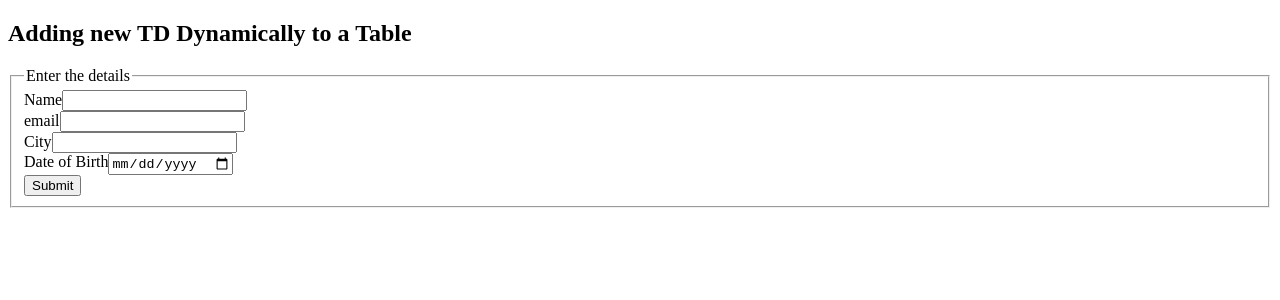
Repository: ishanbassi/iotasol-assignments
Page: /iotasol/work-6
An editor plug-in stored every save of this project. The page is shown before and after the next save, followed by the edit.
The browser window is 1280 px wide. The pictures show the whole page.
The project was rebuilt for these pictures with package versions that can differ from the ones it lists, and the page was loaded fresh each time. The framework's server and built-in components were replaced by stand-ins that run in the browser. Also part of the build but not shown: styles/global.css.

Above is the page before, as saved 2022-11-08 17:25:44.

After the next save:
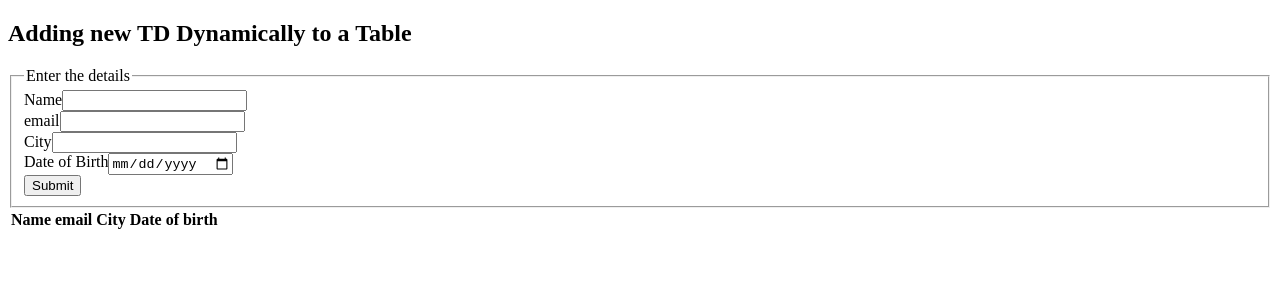
Saved 2 min 9 s later.
--- a/pages/iotasol/work-6.tsx
+++ b/pages/iotasol/work-6.tsx
@@ -14,7 +14,7 @@ export default function App() {
             userDetail[pair[0]] = pair[1]
         }
         setUserData(prev => prev.concat(userDetail))
-        console.log(userData)
+
     }
     return (
         <>
@@ -46,6 +46,15 @@ export default function App() {
                     <button type="submit">Submit</button>
                 </fieldset>
             </form>
+            <table>
+                <tr>
+                    <th>Name</th>
+                    <th>email</th>
+                    <th>City</th>
+                    <th>Date of birth</th>
+                </tr>
+
+            </table>
         </>
     )
 }
